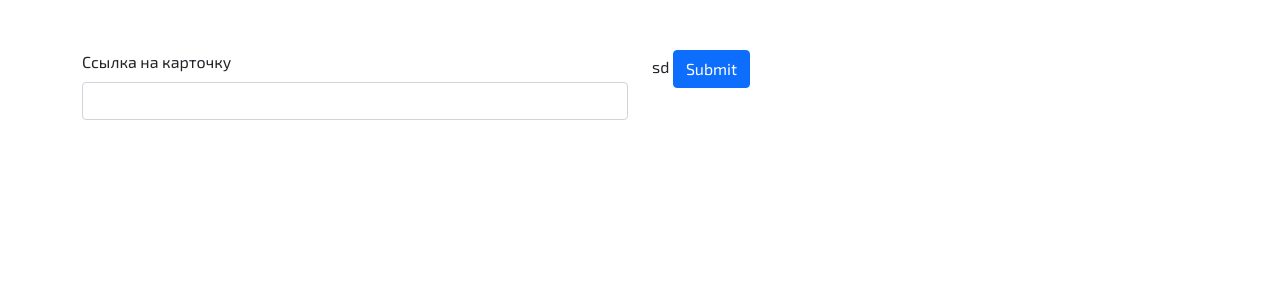
Repository: yozuul/wildberries-product-card-parser-api-exchange
Page: public/index.html
These files come from the project's save history. The page is drawn as it stood at one moment and after the next save; the edit follows.
The browser window is 1280 px wide. The pictures show the whole page.

Above is the page before, as saved 2021-08-18 19:01:30.

### public/index.html
<!DOCTYPE html>
<html lang="en">

<head>
   <meta charset="UTF-8">
   <meta http-equiv="X-UA-Compatible" content="IE=edge">
   <meta name="viewport" content="width=device-width, initial-scale=1.0">
   <title>Document</title>
   <link href="https://cdn.jsdelivr.net/npm/bootstrap@5.1.0/dist/css/bootstrap.min.css" rel="stylesheet" integrity="sha384-KyZXEAg3QhqLMpG8r+8fhAXLRk2vvoC2f3B09zVXn8CA5QIVfZOJ3BCsw2P0p/We" crossorigin="anonymous">
   <link rel="stylesheet" href="style.css">

</head>

<body>
   <div class="container">
      <form class="row parser_form_wrapper">
         <form>
            <div class="mb-3 col-6">
               <label for="cardProductURL" class="form-label">Ссылка на карточку</label>
               <input type="text" class="form-control" id="cardProductURL">
            </div>
            <div class=" col-2">
               <label for="cardProductURL" class="form-label">sd</label>
               <button type="submit" class="btn btn-primary">Submit</button>
            </div>

          </form>
         <!-- <div class="col">
            <h3>Парсер</h3>
            <form name="parseForm">
               <label for="exampleFormControlInput1" class="form-label">Ссылка на карточку</label>
               <input class="form-control form-control-lg" type="text" id="cardURL">
               <button id="parseData">Спарсить</button>
            </form>
         </div> -->
      </div>
      <!-- <div class="row">
        <div class="col">
          Column
        </div>
        <div class="col">
          Column
        </div>
      </div>
    </div>

    <form class="container">
       <div class="row">
         <label for="exampleInputEmail1" class="form-label">Email address</label>
         <input type="email" class="form-control" id="exampleInputEmail1" aria-describedby="emailHelp">
         <div id="emailHelp" class="form-text">We'll never share your email with anyone else.</div>
       </div>
       <div class="mb-3">
         <label for="exampleInputPassword1" class="form-label">Password</label>
         <input type="password" class="form-control" id="exampleInputPassword1">
       </div>
       <div class="mb-3 form-check">
         <input type="checkbox" class="form-check-input" id="exampleCheck1">
         <label class="form-check-label" for="exampleCheck1">Check me out</label>
       </div>
       <button type="submit" class="btn btn-primary">Submit</button>

       </div>
      <div class="mb-3">
    </form> -->

   <!-- <form class="productFormWrapper">
      <div class="productFormWrapperLeft productForm">
            <h3>Данные о товаре</h3>
            <div class="inputWrapper">
               <p>Название товара</p>
               <input type="text" name="productName" id="productName">
            </div>
            <div class="inputWrapper">
               <p>Описание товара</p>
               <textarea name="productDesc" id="productDesc"></textarea>
            </div>
            <div class="inputWrapper">
               <p>Бренд</p>
               <input type="text" name="productBrand" id="productBrand">
            </div>
            <div class="inputWrapper">
               <p>Цена</p>
               <input type="text" name="productPrice" id="productPrice">
            </div>
            <div class="inputWrapper">
               <p>Изображения</p>
            </div>
      </div>
      <div class="productFormWrapperRight productForm">
         <h3>Описание и характеристики</h3>
      </div>
   </form> -->
   <script src="index.js"></script>
</body>

</html>

### public/style.css
@import url('https://fonts.googleapis.com/css2?family=Exo+2&display=swap');

* {
   font-family: 'Exo 2', sans-serif;
}

body {
   padding: 0;
   margin: 0;
}

.parser_form_wrapper {
   margin-top: 50px;
}
/* .productFormWrapper, .parseFormWrapper {
   max-width: 1200px;
   margin: auto;
   padding-top: 25px;
   padding-bottom: 25px;
}
.parseFormWrapper {
   border-bottom: 1px dotted #9999;
}
.productFormWrapper {
   display: flex;
}
.productFormWrapperLeft {
   margin-right: 50px;
}
.parseForm {
   display: flex;
   flex-wrap: wrap;
   max-width: 550px;
}
.parseForm input {
   width: 550px;
   margin-bottom: 20px;
}
.productForm {
}
.productForm input, .productForm textarea {
   width: 550px;
}
.productForm textarea {
   height: 100px;
   resize: none;
}
.parseFormWrapper p, .productFormWrapper p {
   margin-bottom: 8px;
   margin-top: 0;
}
.inputWrapper {
   margin-bottom: 15px;
} */

Loaded but not shown: index.js (no copy from this time; the picture is the same without it)

After the next save:
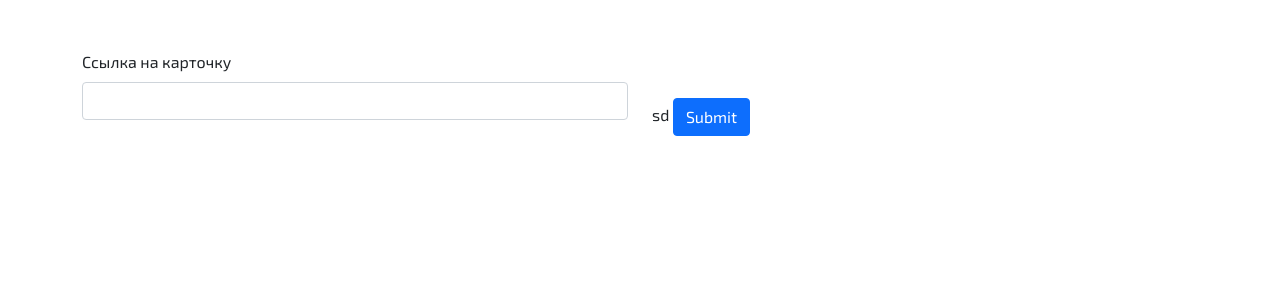
Saved 37 min 46 s later.
--- a/public/index.html
+++ b/public/index.html
@@ -13,8 +13,7 @@
 
 <body>
    <div class="container">
-      <form class="row parser_form_wrapper">
-         <form>
+      <form class="row parser_form_wrapper align-items-end">
             <div class="mb-3 col-6">
                <label for="cardProductURL" class="form-label">Ссылка на карточку</label>
                <input type="text" class="form-control" id="cardProductURL">
@@ -25,15 +24,15 @@
             </div>
 
           </form>
-         <!-- <div class="col">
-            <h3>Парсер</h3>
-            <form name="parseForm">
-               <label for="exampleFormControlInput1" class="form-label">Ссылка на карточку</label>
-               <input class="form-control form-control-lg" type="text" id="cardURL">
-               <button id="parseData">Спарсить</button>
-            </form>
-         </div> -->
       </div>
+      <!-- <div class="col">
+         <h3>Парсер</h3>
+         <form name="parseForm">
+            <label for="exampleFormControlInput1" class="form-label">Ссылка на карточку</label>
+            <input class="form-control form-control-lg" type="text" id="cardURL">
+            <button id="parseData">Спарсить</button>
+         </form>
+      </div> -->
       <!-- <div class="row">
         <div class="col">
           Column
